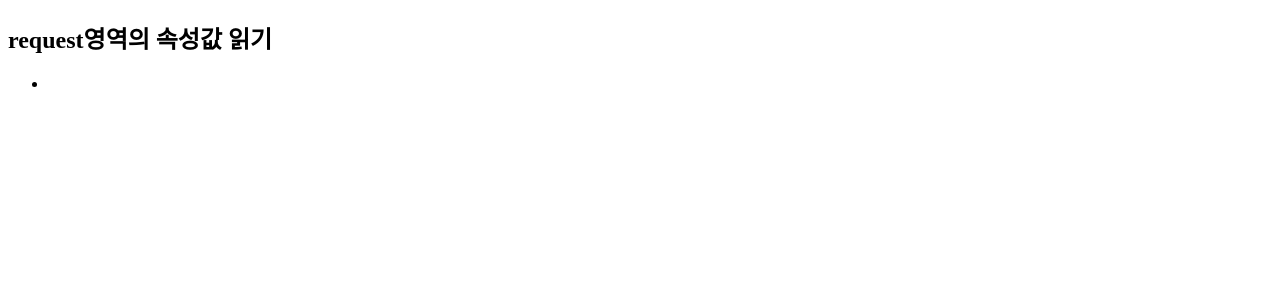
Repository: design-view/jspstudy
Page: http://localhost/GreenJsp/03Scope/requuestScope.jsp
These files come from the project's save history. The page is drawn as it stood at one moment and after the next save; the edit follows.
The browser window is 1280 px wide. The pictures show the whole page.
The page is served by Tomcat 9.

Above is the page before, as saved 2024-01-10 08:08:16.

After the next save:
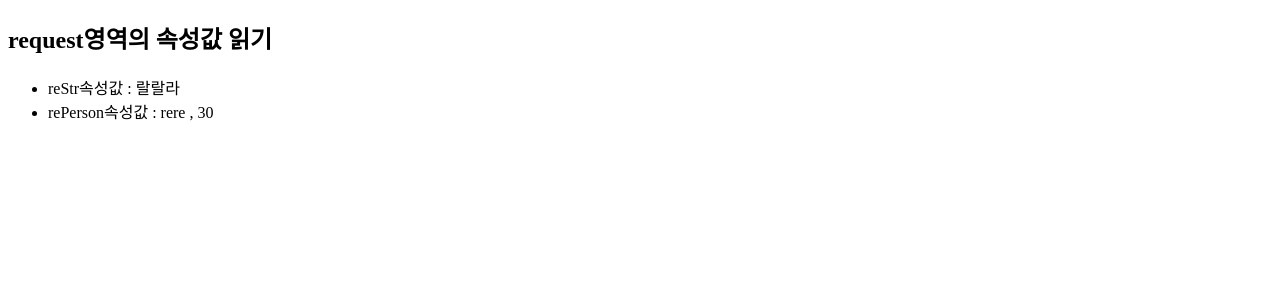
Saved 82 s later.
--- a/GreenJsp/src/main/webapp/03Scope/requuestScope.jsp
+++ b/GreenJsp/src/main/webapp/03Scope/requuestScope.jsp
@@ -20,7 +20,8 @@
 		Person p1 = (Person) request.getAttribute("rePerson");
 	%>
 	<ul>
-		<li></li>
+		<li>reStr속성값 : <%=str%></li>
+		<li>rePerson속성값 : <%=p1.getName()%> , <%=p1.getAge()%></li>
 	</ul>
 </body>
 </html>
